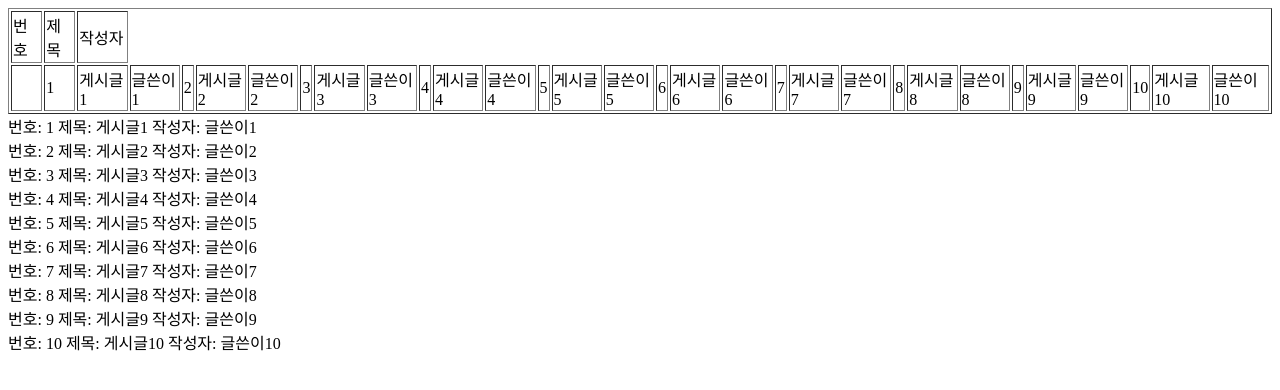
Repository: Luho0113/SpringBootStudy
Page: http://localhost/web/list.jsp
The author's editor kept a copy of each file at every save. The page is drawn from the files as they stood at one save, then again after the next save.
The browser window is 1280 px wide. The pictures show the whole page.
The page is served by Tomcat 9. Other server files are loaded and not shown.

Above is the page before, as saved 2023-05-03 03:14:04.

### web/src/main/webapp/list.jsp
<%@ page language="java" contentType="text/html; charset=UTF-8"
    pageEncoding="UTF-8"%>
<%@page import="java.util.HashMap"%>
<%@page import="java.util.ArrayList"%>
<%@page import="java.util.Map"%>
<%@page import="java.util.List"%>


<%
List<Map<String,String>> list = new ArrayList<>();

for(int i=1;i<=10;i++){
   Map<String,String> board = new HashMap<>();
   board.put("bi_num","" + i);
   board.put("bi_title","게시글" + i);
   board.put("bi_writer","글쓴이" + i);
   list.add(board);
}

%>
<!DOCTYPE html>
<html>
<head>
<meta charset="UTF-8">
<title>List</title>
</head>
<body>
<table border="1">
<tr>
	<td>번호</td>
	<td>제목</td>
	<td>작성자</td>
</tr>
<tr>
	<td>
		<% for(Map<String, String> map : list){
		%>
		<td>
			<% out.println(map.get("bi_num")); %>
		</td>
		<td>
			<% out.println(map.get("bi_title")); %>
		</td>
		<td>
			<% out.println(map.get("bi_writer")); %>
		</td>
		<%}
		%>
	</td>
</tr>
</table>
<%
for(Map<String, String> map : list){
	out.println("번호: " + map.get("bi_num"));
	out.println("제목: " + map.get("bi_title"));
	out.println("작성자: " + map.get("bi_writer"));
	out.println("<br>");
}
%>
</body>
</html>

After the next save:
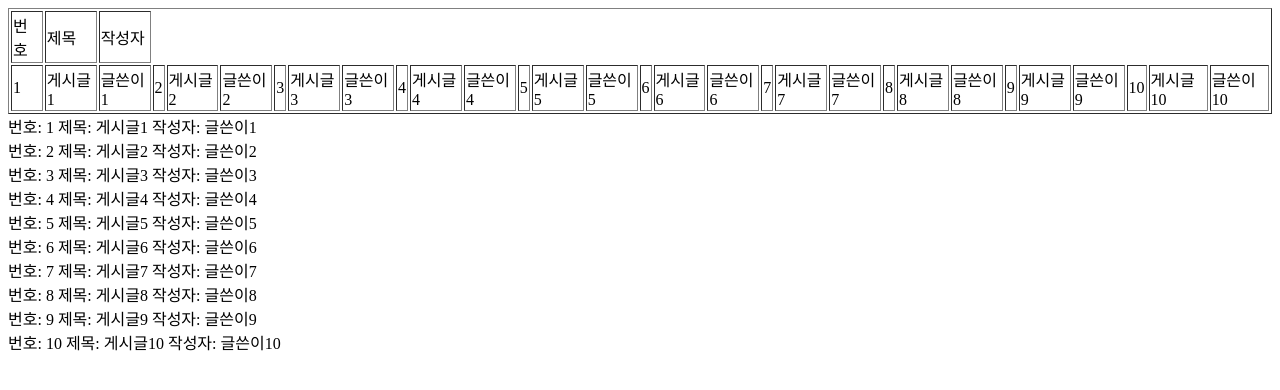
Saved 19 s later.
--- a/web/src/main/webapp/list.jsp
+++ b/web/src/main/webapp/list.jsp
@@ -32,7 +32,6 @@
 	<td>작성자</td>
 </tr>
 <tr>
-	<td>
 		<% for(Map<String, String> map : list){
 		%>
 		<td>
@@ -46,7 +45,6 @@
 		</td>
 		<%}
 		%>
-	</td>
 </tr>
 </table>
 <%

After the save that followed:
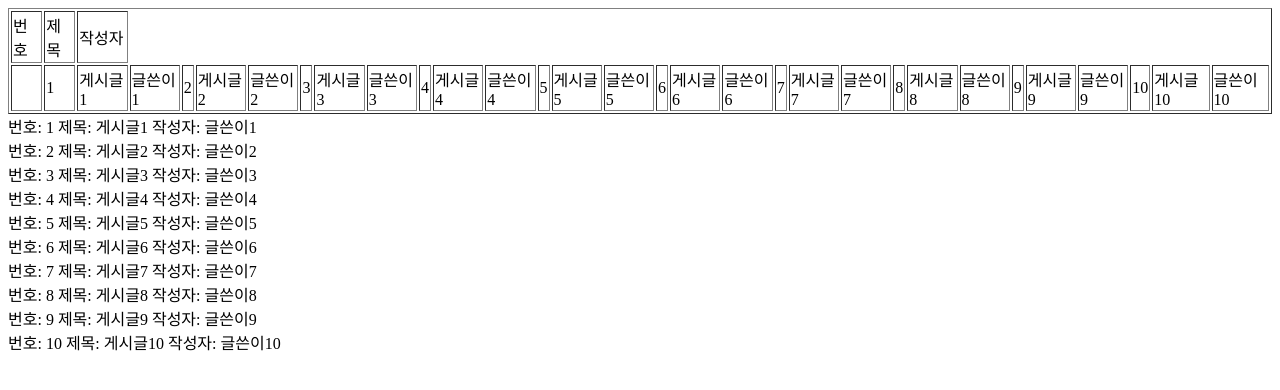
Saved 36 s later.
--- a/web/src/main/webapp/list.jsp
+++ b/web/src/main/webapp/list.jsp
@@ -32,6 +32,7 @@
 	<td>작성자</td>
 </tr>
 <tr>
+	<td>
 		<% for(Map<String, String> map : list){
 		%>
 		<td>
@@ -45,6 +46,7 @@
 		</td>
 		<%}
 		%>
+	</td>
 </tr>
 </table>
 <%
